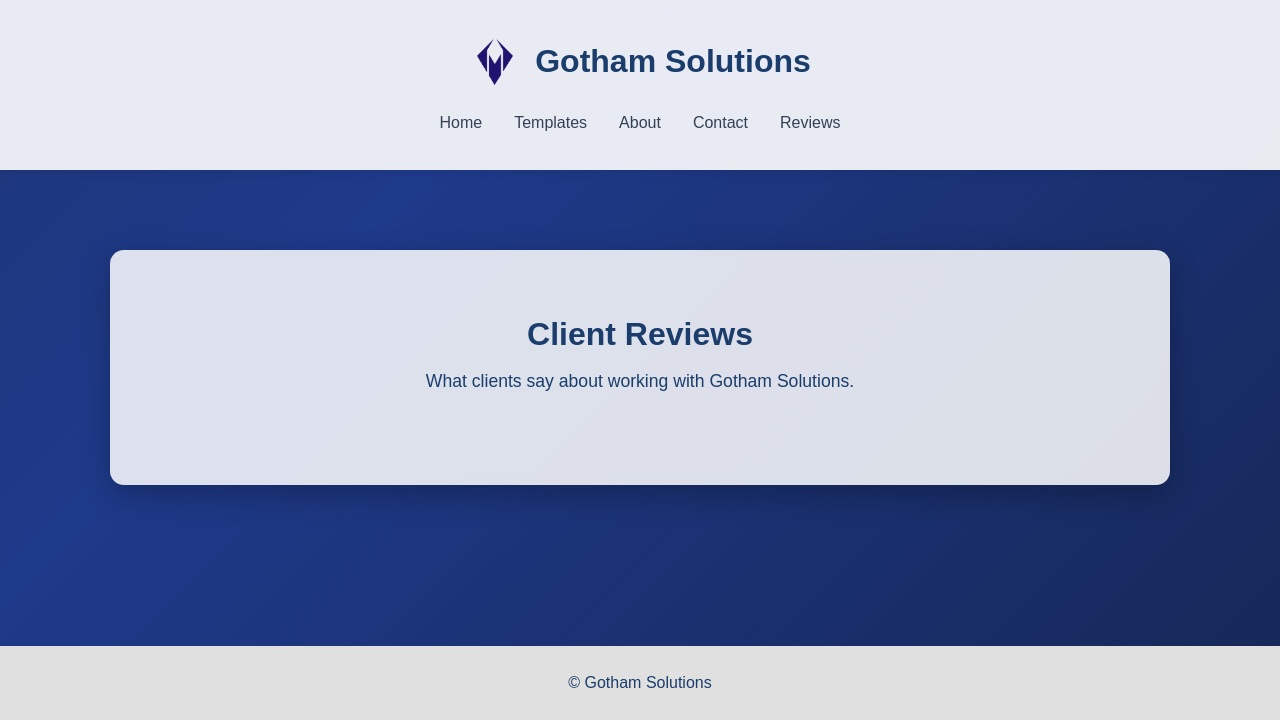
Repository: kmm569/gothamsolutions
Page: reviews/index.html
An editor plug-in stored every save of this project. The page is shown before and after the next save, followed by the edit.
The browser window is 1280 px wide. The pictures show the whole page.
The page's requests for data from a server got no answer.

Above is the page before, as saved 2026-03-12 10:29:57.

After the next save:
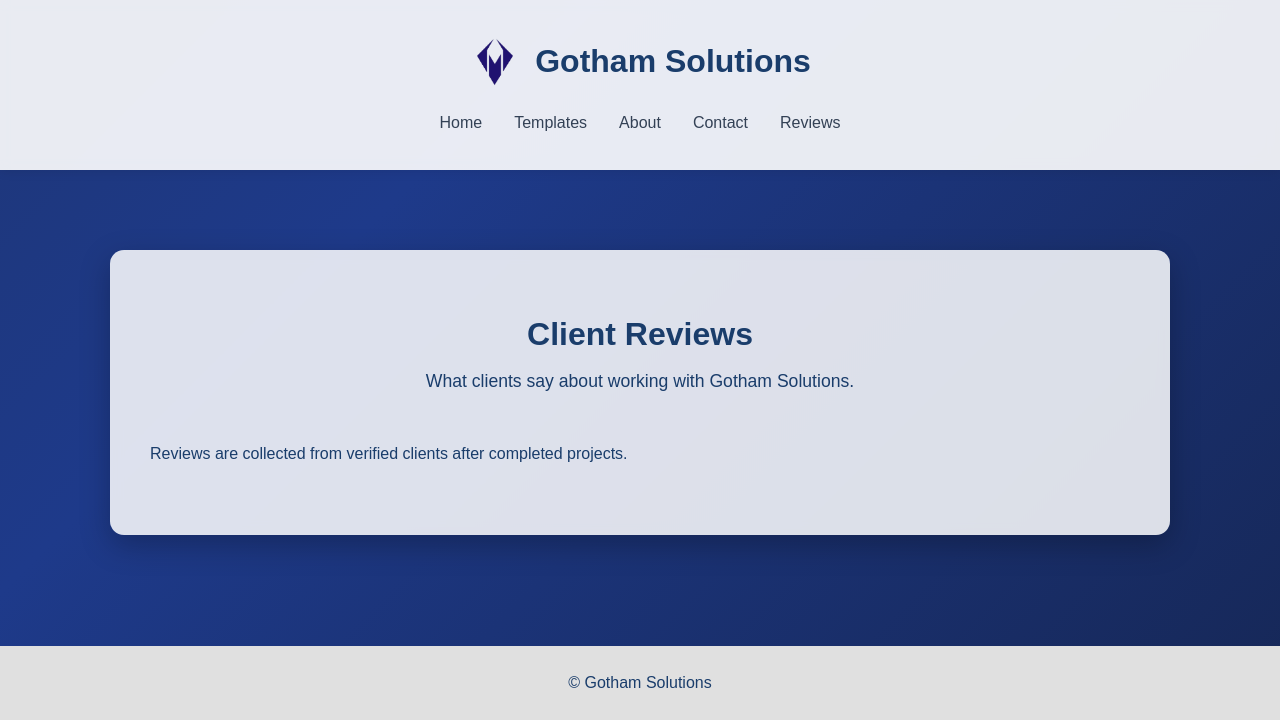
Saved 3 min 24 s later.
--- a/reviews/index.html
+++ b/reviews/index.html
@@ -39,7 +39,9 @@
 		</div>
 
 		<div id="review-average" class="review-average"></div>
-
+<p class="review-note">
+Reviews are collected from verified clients after completed projects.
+</p>
 		<div id="reviews-container" class="review-grid"></div>
 
 	</section>
